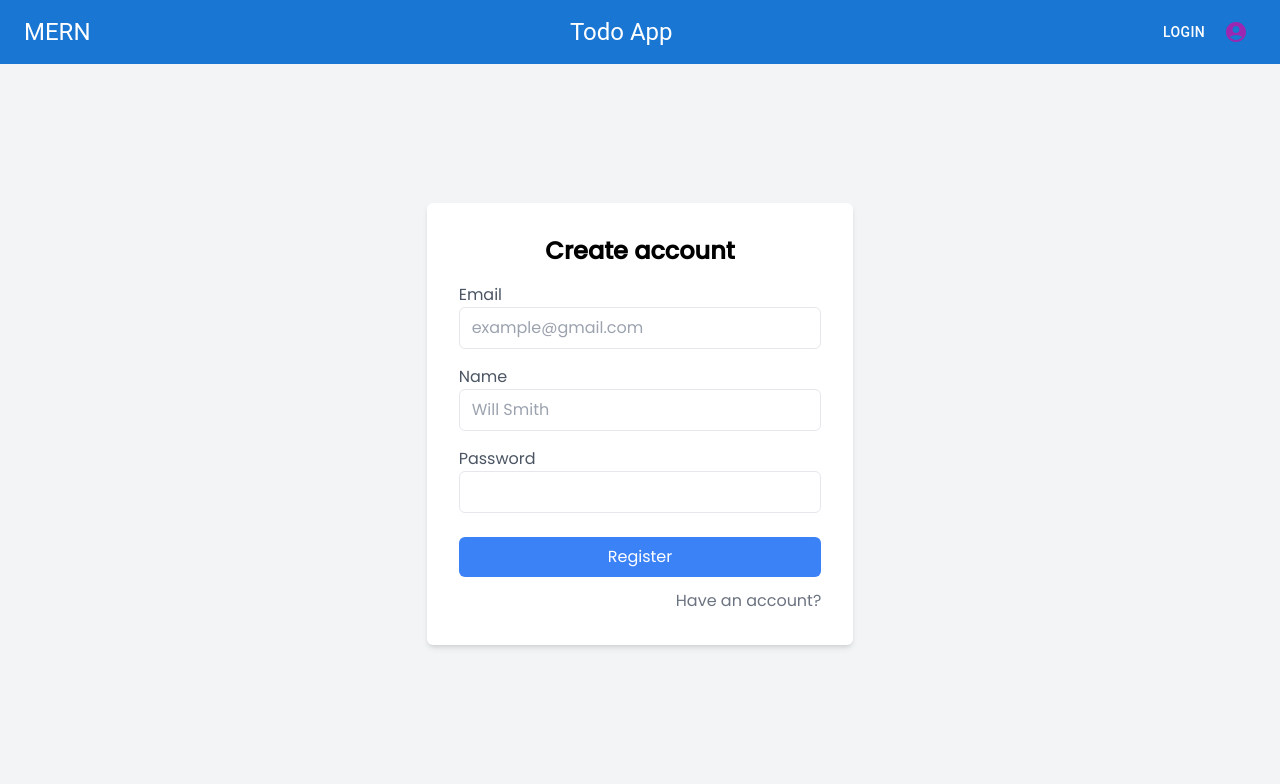
Repository: Nurlan-Bakenbaev/MERN--todo
Page: /register (app in client/)
The author's editor kept a copy of each file at every save. The page is drawn from the files as they stood at one save, then again after a run of saves.
The browser window is 1280 px wide. The pictures show the whole page.
The project was rebuilt for these pictures with package versions that can differ from the ones it lists, and the page was loaded fresh each time. Also part of the build but not shown: client/vite.config.js, client/src/pages/Login.jsx.

Above is the page before, as saved 2023-10-15 16:57:20.

After the next 3 saves:
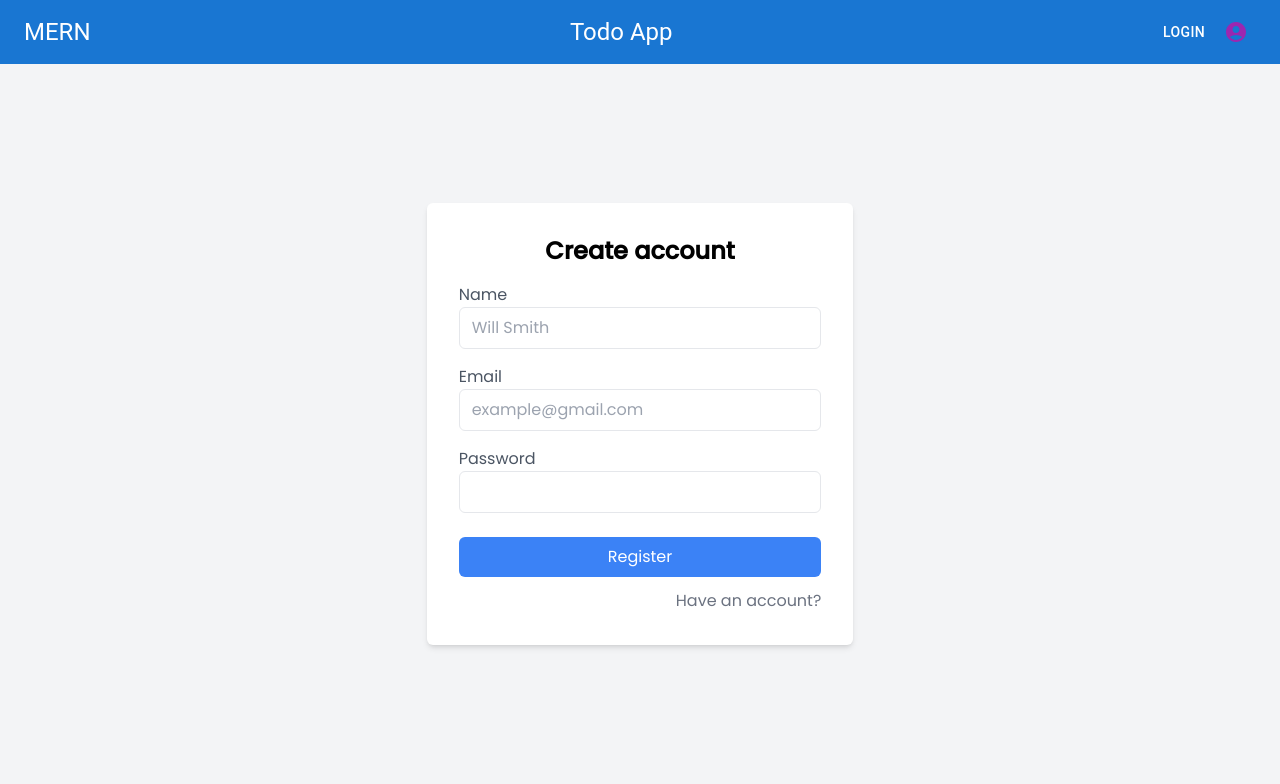
The 3 saves are shown as one change because they came seconds apart.
The last was saved 18 s later.
--- a/client/src/pages/Register.jsx
+++ b/client/src/pages/Register.jsx
@@ -9,6 +9,14 @@ const Register = () => {
         </h1>
         <form>
           <div className="mb-4">
+            <label className="block text-gray-600">Name</label>
+            <input
+              placeholder="Will Smith"
+              type="email"
+              className="w-full border rounded-md py-2 px-3"
+            />
+          </div>
+          <div className="mb-4">
             <label className="block text-gray-600">Email</label>
             <input
               placeholder="example@gmail.com"
@@ -16,14 +24,7 @@ const Register = () => {
               className="w-full border rounded-md py-2 px-3"
             />
           </div>
-          <div className="mb-4">
-            <label className="block text-gray-600">Name</label>
-            <input
-              placeholder="Will Smith"
-              type="email"
-              className="w-full border rounded-md py-2 px-3"
-            />
-          </div>
+
           <div className="mb-6">
             <label className="block text-gray-600">Password</label>
             <input
